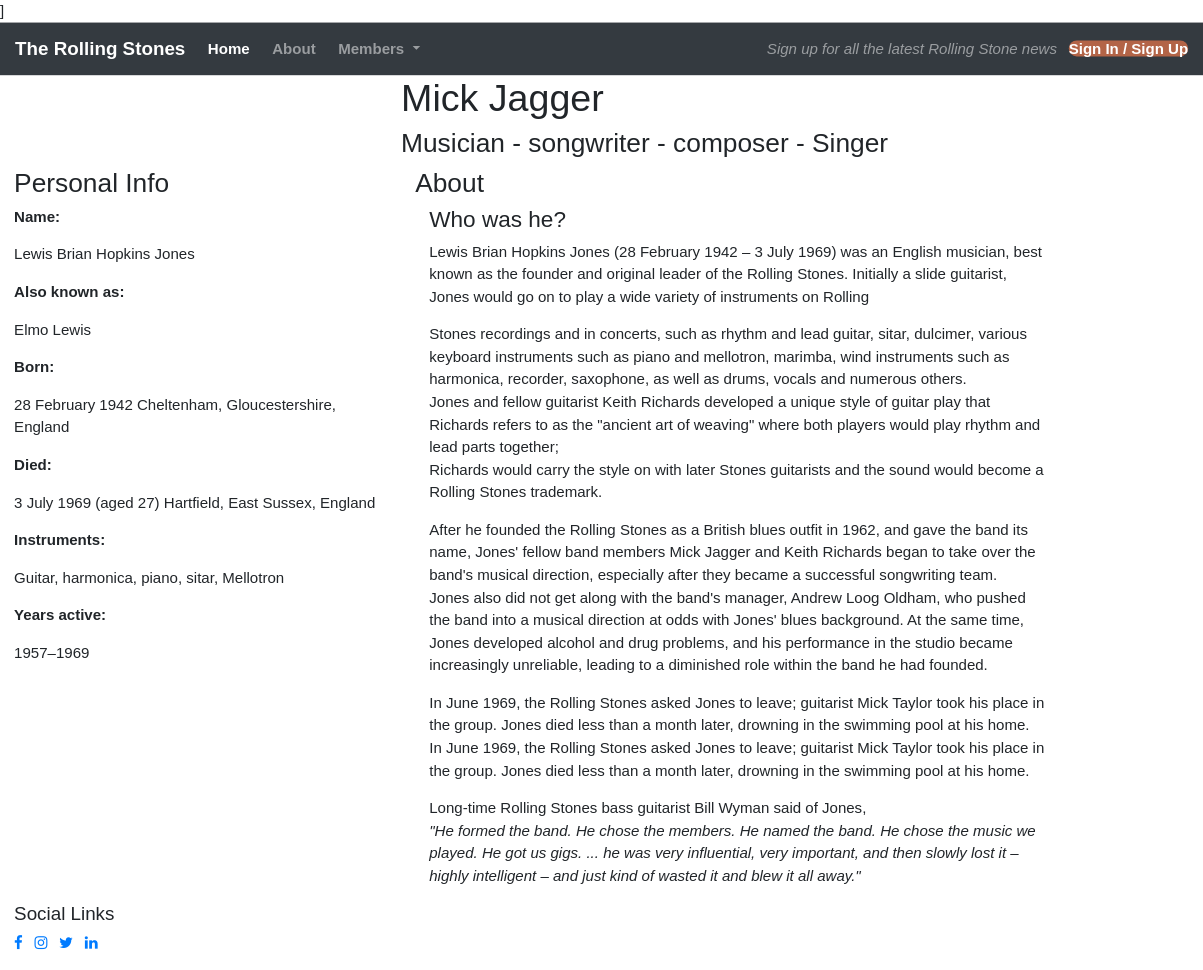
Repository: TecDruid/rolling-stones-fan-site
Page: mick-jagger.html
The author's editor kept a record of every edit. The page is drawn from the files as they stood at one moment, then again after the next edit.
The browser window is 1280 px wide. The pictures show the whole page, at 94% of full size.
Some web fonts or font styles are not loaded; a fallback is used. Some web libraries are served in a nearby version.

Above is the page before.

### mick-jagger.html
<!DOCTYPE html>
<html lang="en">

<head>
    <meta charset="utf-8">
    <meta name="viewport" content="width=device-width, initial-scale=1.0">
    <link rel="stylesheet" href="https://maxcdn.bootstrapcdn.com/bootstrap/4.1.3/css/bootstrap.min.css">
    <link rel="stylesheet" href="https://use.fontawesome.com/releases/v5.6.1/css/all.css" integrity="sha384-gfdkjb5BdAXd+lj+gudLWI+BXq4IuLW5IT+brZEZsLFm++aCMlF1V92rMkPaX4PP" crossorigin="anonymous">
    <link rel="stylesheet" href="https://stackpath.bootstrapcdn.com/font-awesome/4.7.0/css/font-awesome.min.css" type="text/css" />
    <link href="https://fonts.googleapis.com/css?family=Stylish" rel="stylesheet">
    <link rel="stylesheet" href="css/style.css" type="text/css" />
    <title>Mick Jagger</title>
</head>

<body>

    <!----------------------------------------Nav--------------------------------------------->]


    <div class="nav-container"></div>
    <nav class="navbar navbar-dark navbar-expand-sm bg-dark">
        <a href="/" class="navbar-brand">
                    The Rolling Stones</a>

        <button class="navbar-toggler ml-auto" type="button" data-toggle="collapse" data-target="#navbarNavDropdown" aria-controls="navbarNavDropdown" aria-expanded="false" aria-label="Toggle navigation">
        <span class="navbar-toggler-icon"></span></button>

        <div class="collapse navbar-collapse" id="navbarNavDropdown">
            <ul class="navbar-nav mr-auto">
                <li class="active nav-item mr-2"><a class="nav-link" href="/">Home</a></li>
                <li class="nav-item mr-2"><a class="nav-link" href="">About</a></li>
                <li class="nav-item dropdown">
                    <a class="nav-link dropdown-toggle" href="#" id="navbarDropdownMenuLink" role="button" data-toggle="dropdown" aria-haspopup="true" aria-expanded="false">
          Members
        </a>
                    <div class="dropdown-menu" aria-labelledby="navbarDropdownMenuLink">
                        <a class="dropdown-item" href="members/brian-jones.html">Brian Jones</a>
                        <a class="dropdown-item" href="members/mick-jagger.html">Mick Jagger</a>
                        <a class="dropdown-item" href="members/keith-richards.html">Keith Richards</a>
                        <a class="dropdown-item" href="members/bill-wyman.html">Bill Wyman</a>
                        <a class="dropdown-item" href="members/charlie-watts.html">Charlie Watts</a>
                        <a class="dropdown-item" href="members/ronnie-wood.html">Ronnie Wood</a>
                        <a class="dropdown-item" href="members/ian-stewart.html">Ian Stewart</a>
                        <a class="dropdown-item" href="members/mike-taylor.html">Mick Taylor</a>
                    </div>
                </li>

                <li class="nav-item mr-2 d-block d-sm-none"><a class="nav-link" href="">Sign In / Sign Up</a></li>
            </ul>
        </div>
        <div class="d-none d-md-block">
            <p class="navbar-text my-auto mr-2"><i>Sign up for all the latest Rolling Stone news</i></p>
            <a href="/login " class="btn--cta btn--brown">Sign In / Sign Up</a>
        </div>
    </nav>

    <!-- -------------------------- The Header ---------------------------- -->

    <header>
        <div class="row no-gutters">
            <a class="col-md-4 logo" href="index.html"></a>
            <div class="col-md-8">
                <div class="row no-gutters bg-color-name-title">
                    <div class="col heading">
                        <h1 class="name">Mick Jagger</h1>
                        <h3 class="title"> Musician - songwriter - composer - Singer</h3>
                    </div>
                </div>
            </div>
        </div>
    </header>

    <!-- -------------------------- The Section ---------------------------- -->

    <section class="container-fluid">
        <div class="row">
            <div class="col-md-4 bg-colour-personal-info section-column">
                <div class="row">
                    <div class="col-12">
                        <h3 class="section-heading uppercase">Personal Info</h3>
                    </div>
                </div>
                <div class="personal-info-item">
                    <div class="key">
                        <p class="uppercase">
                            <strong>Name:</strong>
                        </p>
                    </div>
                    <div class="value">
                        <p>
                            Lewis Brian Hopkins Jones
                        </p>
                    </div>
                </div>
                <div class="personal-info-item">
                    <div class="key">
                        <p class="uppercase">
                            <strong>Also known as:</strong>
                        </p>
                    </div>
                    <div class="value">
                        <p>
                            Elmo Lewis
                        </p>
                    </div>
                </div>
                <div class="personal-info-item">
                    <div class="key">
                        <p class="uppercase">
                            <strong>Born:</strong>
                        </p>
                    </div>
                    <div class="value">
                        <p>
                            28 February 1942 Cheltenham, Gloucestershire, England
                        </p>
                    </div>
                </div>
                <div class="personal-info-item">
                    <div class="key">
                        <p class="uppercase">
                            <strong>Died:</strong>
                        </p>
                    </div>
                    <div class="value">
                        <p>
                            3 July 1969 (aged 27) Hartfield, East Sussex, England
                        </p>
                    </div>
                </div>
                <div class="personal-info-item">
                    <div class="key">
                        <p class="uppercase">
                            <strong>Instruments:</strong>
                        </p>
                    </div>
                    <div class="value">
                        <p>
                            Guitar, harmonica, piano, sitar, Mellotron
                        </p>
                    </div>
                </div>
                <div class="personal-info-item">
                    <div class="key">
                        <p class="uppercase">
                            <strong> Years active:</strong>
                        </p>
                    </div>
                    <div class="value">
                        <p>
                            1957–1969
                        </p>
                    </div>
                </div>
            </div>

            <div class="col-md-8 bg-colour-three-reasons section-column">
                <div class="row">
                    <div class="col">
                        <h3 class="section-heading uppercase">About</h3>
                    </div>
                </div>
                <!-- <div class="row">
                    <div class="col-10 offset-1 offset-sm-0 col-sm-4 col-md-6">
                        <div class="row">
                            <div class="col-2">
                                <i class="three-reasons-icon fa fa-question" aria-hidden="true"></i>
                            </div> -->
                <div class="col-10">
                    <h4 class="three-reasons-heading uppercase">Who was he?</h4>
                    <p>
                        Lewis Brian Hopkins Jones (28 February 1942 – 3 July 1969) was an English musician, best known as the founder and original leader of the Rolling Stones. Initially a slide guitarist, Jones would go on to play a wide variety of instruments on Rolling
                    </p>

                    <p>
                        Stones recordings and in concerts, such as rhythm and lead guitar, sitar, dulcimer, various keyboard instruments such as piano and mellotron, marimba, wind instruments such as harmonica, recorder, saxophone, as well as drums, vocals and numerous others.<br/>                        Jones and fellow guitarist Keith Richards developed a unique style of guitar play that Richards refers to as the "ancient art of weaving" where both players would play rhythm and lead parts together;<br/> Richards would carry the
                        style on with later Stones guitarists and the sound would become a Rolling Stones trademark.
                    </p>
                    <p>
                        After he founded the Rolling Stones as a British blues outfit in 1962, and gave the band its name, Jones' fellow band members Mick Jagger and Keith Richards began to take over the band's musical direction, especially after they became a successful songwriting
                        team.<br/> Jones also did not get along with the band's manager, Andrew Loog Oldham, who pushed the band into a musical direction at odds with Jones' blues background. At the same time, Jones developed alcohol
                        and drug problems, and his performance in the studio became increasingly unreliable, leading to a diminished role within the band he had founded.
                    </p>
                    <p>
                        In June 1969, the Rolling Stones asked Jones to leave; guitarist Mick Taylor took his place in the group. Jones died less than a month later, drowning in the swimming pool at his home. In June 1969, the Rolling Stones asked Jones to leave; guitarist Mick
                        Taylor took his place in the group. Jones died less than a month later, drowning in the swimming pool at his home.
                    </p>
                    <p>Long-time Rolling Stones bass guitarist Bill Wyman said of Jones, <br/><i>"He formed the band. He chose the members. He named the band. He chose the music we played. He got us gigs. ... he was very influential, very important, and then slowly
                        lost it – highly intelligent – and just kind of wasted it and blew it all away."</i>
                    </p>
                </div>
            </div>
        </div>

        </div>
        </div>
        </div>

    </section>

    <!-- -------------------------- The Footer ---------------------------- -->

    <footer class="container-fluid">
        <div id="footer-details" class="row">
            <div class="col-sm-4">
                <h5 class="uppercase general-sub">Social Links</h5>

                <ul class="list-inline social-links">
                    <li class="list-inline-item">
                        <a target="_blank" href="#">
                            <i class="fa fa-facebook" aria-hidden="true"></i>
                            <span class="sr-only">Facebook</span>
                        </a>
                    </li>
                    <li class="list-inline-item">
                        <a target="_blank" href="#">
                            <i class="fa fa-instagram" aria-hidden="true"></i>
                            <span class="sr-only">Instagram</span>
                            </a>
                    </li>

                    <li class="list-inline-item">
                        <a target="_blank" href="#">
                            <i class="fa fa-twitter" aria-hidden="true"></i>
                            <span class="sr-only">Twitter</span>
                            </a>
                    </li>
                    <li class="list-inline-item">
                        <a target="_blank" href="#">
                            <i class="fa fa-linkedin" aria-hidden="true"></i>
                            <span class="sr-only">LinkedIn</span>
                        </a>
                    </li>
                </ul>

            </div>
        </div>
    </footer>
</body>

</html>

### css/style.css
body {
    font-family: 'Stylish', sans-serif;
}

/* Containers */

.nav-container {
    position: absolute;
    top: 0;
    right: 0;
    margin-left: 0;
    margin-right: 0;
    z-index: 1;

}

.navbar .navbar-brand {
    font-weight: bold;
}

.navbar .navbar-nav a {
    font-weight: bold;
}

.navbar-toggler {
    border-width: 0;
}

.alert-warning {
    padding-left: 10;
    padding-right: 0;
    color: #fff;
    background-color: #c9572b;
}

.alert {
    margin-bottom: 0;
    border-width: 0;
    border-radius: 0;
}

.callout-container {
    height: 100vh;

    background: url('../img/the-rolling-stones-bg.jpg') no-repeat bottom right fixed;
    -webkit-background-size: cover;
    -moz-background-size: cover;
    -o-background-size: cover;
    background-size: cover;

    display: flex;
    align-items: center;
    justify-content: center;

    position: relative;
}

.callout2-container {
    height: 100vh;

    background: url('../img/the-rolling-stones-bg2.jpg') no-repeat bottom right fixed;
    -webkit-background-size: cover;
    -moz-background-size: cover;
    -o-background-size: cover;
    background-size: cover;

    display: flex;
    align-items: center;
    justify-content: center;

    position: relative;
}

.opaque-overlay {
    position: absolute;
    top: 0;
    left: 0;
    height: 100%;
    width: 100%;
    background-color: rgba(0, 0, 0, 0.5);
}

.features-container {
    background-color: #c9572b;
}

/* Block dividers */

.block-divider {
    width: 175px;
    height: 5px;
    border: 0;
    background-color: #444;
}

.block-divider--orange {
    background-color: #f88f10;
}

.block-divider--short {
    width: 35px;
}

/* Jumbotron */

.jumbotron {
    background-color: transparent;
}

.jumbotron h1 {
    color: white;
    font-weight: bold;
    margin-bottom: 30px;
    color: white;
}

.jumbotron .lead {
    color: #a7a7a7;
    margin: 25px 0;
}

.jumbotron small {
    font-size: 60%;
    font-style: italic;
    color: #d0d0d0;
}

/* Buttons */

.btn--cta {
    font-weight: bold;
    border-radius: 23px;
    width: 160px;
}

.btn--brown {
    color: white;
    background-color: #b36447;
    border-color: #b36447;
}

.btn--brown:hover,
.btn--brown:active,
.btn--brown:focus,
.btn--brown:active:focus {
    background-color: #df4929;
    border-color: #df4929;
    color: white;
}

After the next edit:
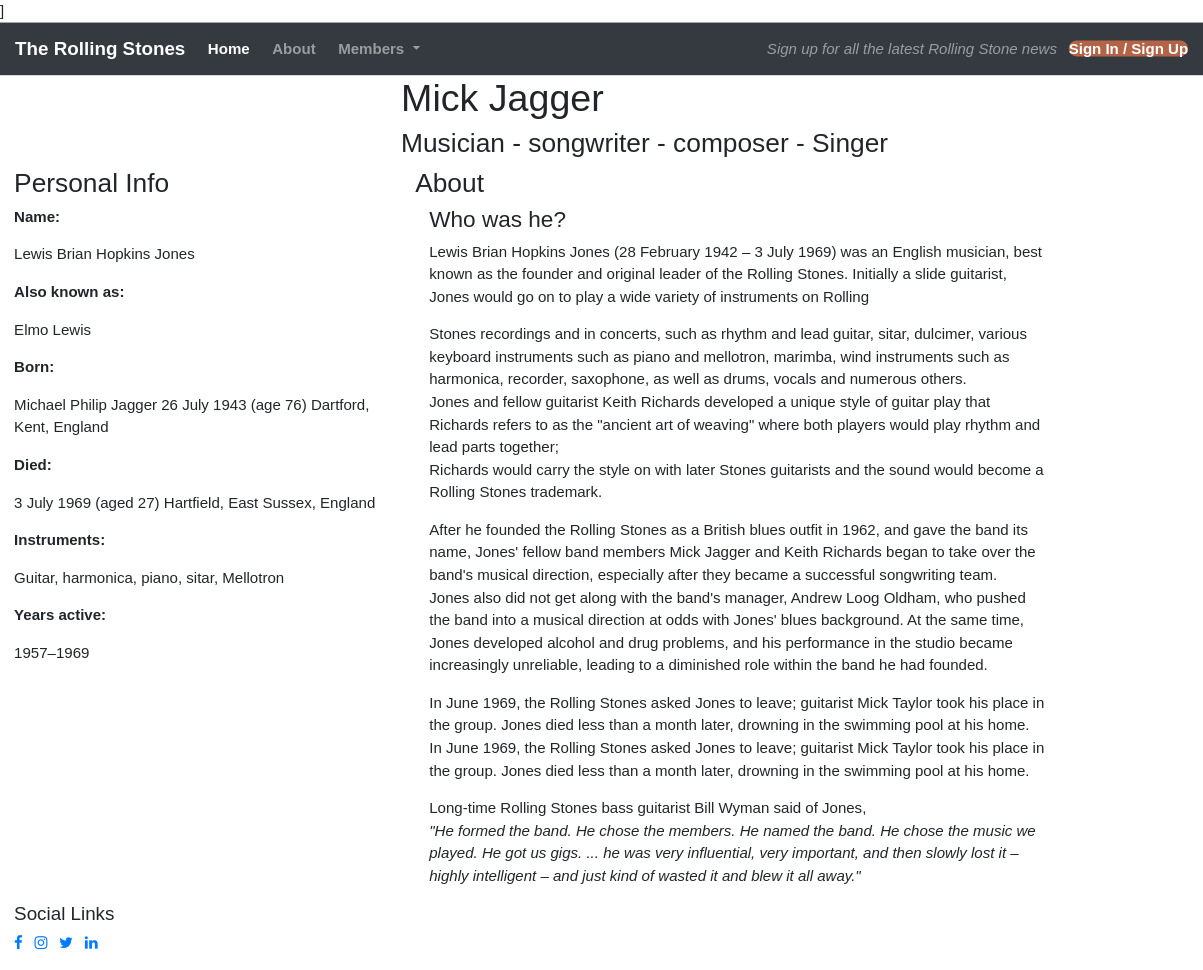
The edit:
--- a/mick-jagger.html
+++ b/mick-jagger.html
@@ -112,7 +112,7 @@
                     </div>
                     <div class="value">
                         <p>
-                            28 February 1942 Cheltenham, Gloucestershire, England
+                            Michael Philip Jagger 26 July 1943 (age 76) Dartford, Kent, England
                         </p>
                     </div>
                 </div>
@@ -178,8 +178,9 @@
                     </p>
                     <p>
                         After he founded the Rolling Stones as a British blues outfit in 1962, and gave the band its name, Jones' fellow band members Mick Jagger and Keith Richards began to take over the band's musical direction, especially after they became a successful songwriting
-                        team.<br/> Jones also did not get along with the band's manager, Andrew Loog Oldham, who pushed the band into a musical direction at odds with Jones' blues background. At the same time, Jones developed alcohol
-                        and drug problems, and his performance in the studio became increasingly unreliable, leading to a diminished role within the band he had founded.
+                        team.
+                        <br/> Jones also did not get along with the band's manager, Andrew Loog Oldham, who pushed the band into a musical direction at odds with Jones' blues background. At the same time, Jones developed alcohol and drug problems, and
+                        his performance in the studio became increasingly unreliable, leading to a diminished role within the band he had founded.
                     </p>
                     <p>
                         In June 1969, the Rolling Stones asked Jones to leave; guitarist Mick Taylor took his place in the group. Jones died less than a month later, drowning in the swimming pool at his home. In June 1969, the Rolling Stones asked Jones to leave; guitarist Mick
